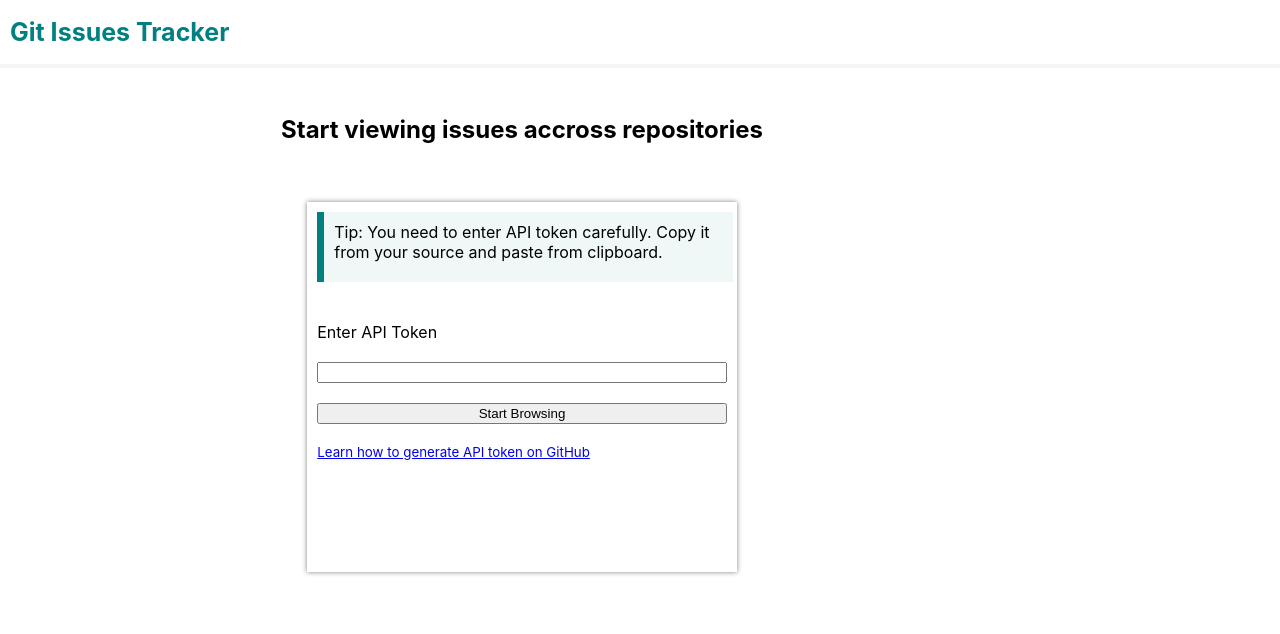
Repository: duzzisantos/github-repos-react-graphql
Page: /start
The author's editor kept a copy of each file at every save. The page is drawn from the files as they stood at one save, then again after the next save.
The browser window is 1280 px wide. The pictures show the whole page.
The project was rebuilt for these pictures with package versions that can differ from the ones it lists, and the page was loaded fresh each time. Also part of the build but not shown: src/components/table/Filters.tsx, src/components/table/Pagination.tsx, src/components/table/TableComponent.tsx, src/components/table/columnHelpers.ts, src/utilities/funtions.ts, src/pages/Repositories.tsx, src/components/cards/Cards.tsx, src/pages/ViewRepository.tsx.

Above is the page before, as saved 2024-06-17 17:35:25.

After the next save:
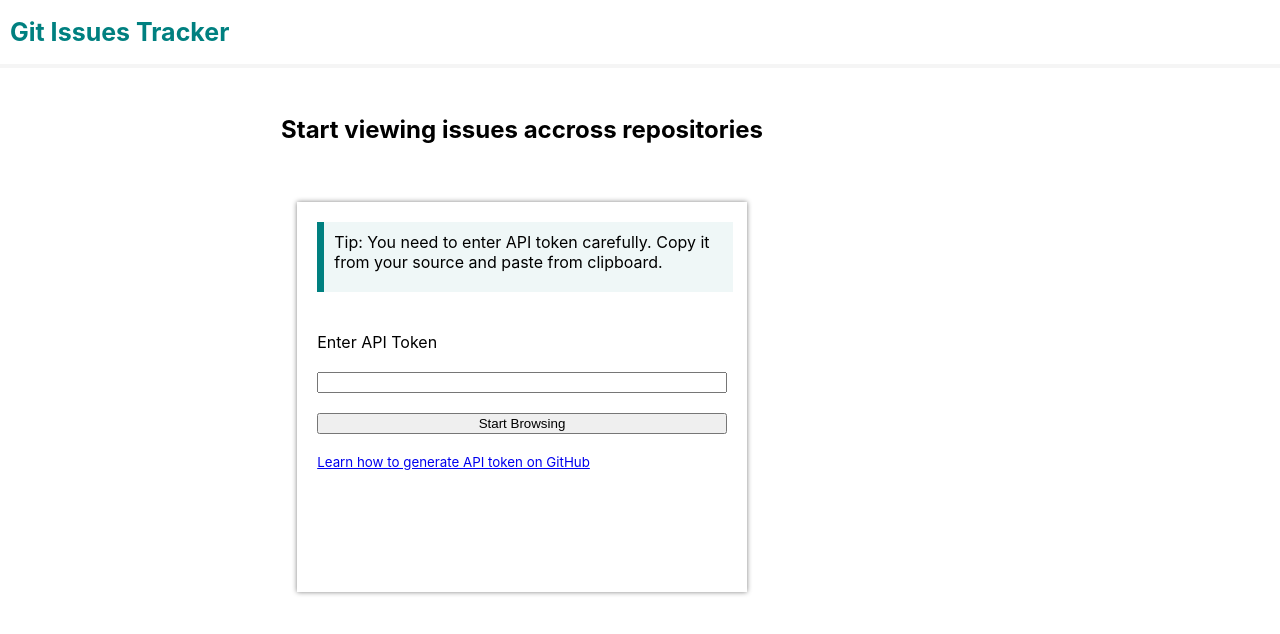
Saved 9 s later.
--- a/src/styles.scss
+++ b/src/styles.scss
@@ -24,7 +24,7 @@ form {
   display: flex;
   flex-direction: column;
   box-shadow: 0px 0px 5px gray;
-  padding: 10px 10px;
+  padding: 20px 20px;
 }
 
 .form-group {
